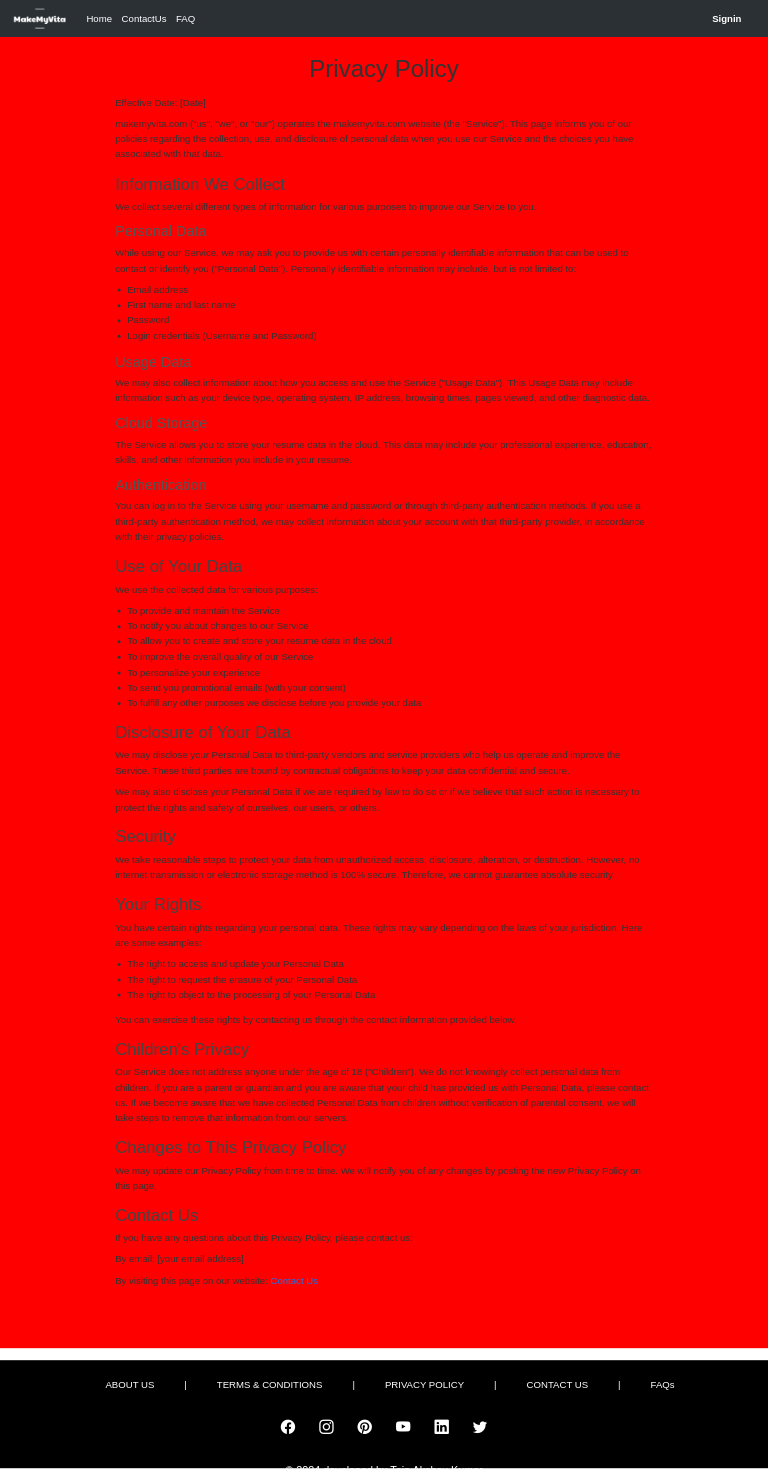
Repository: Tejaakshaykumar/MakeMyVita-Resume-Builder-Website
Page: /privacy (app in frontend/)
The author's editor kept a copy of each file at every save. The page is drawn from the files as they stood at one save, then again after a run of saves.
The browser window is 1280 px wide. The pictures show the whole page, at 60% of full size.
Some web libraries are served in a nearby version. The project was rebuilt for these pictures with package versions that can differ from the ones it lists, and the page was loaded fresh each time. Also part of the build but not shown: frontend/src/App.css, frontend/src/containers/About.js, frontend/src/containers/Buildresume.js, frontend/src/containers/Images.js, frontend/src/containers/Features.js, frontend/src/containers/Review.js, frontend/src/containers/Trybox.js, frontend/src/containers/Motionbox.js and 5 more.

Above is the page before, as saved 2024-06-10 11:57:01.

After the next 2 saves:
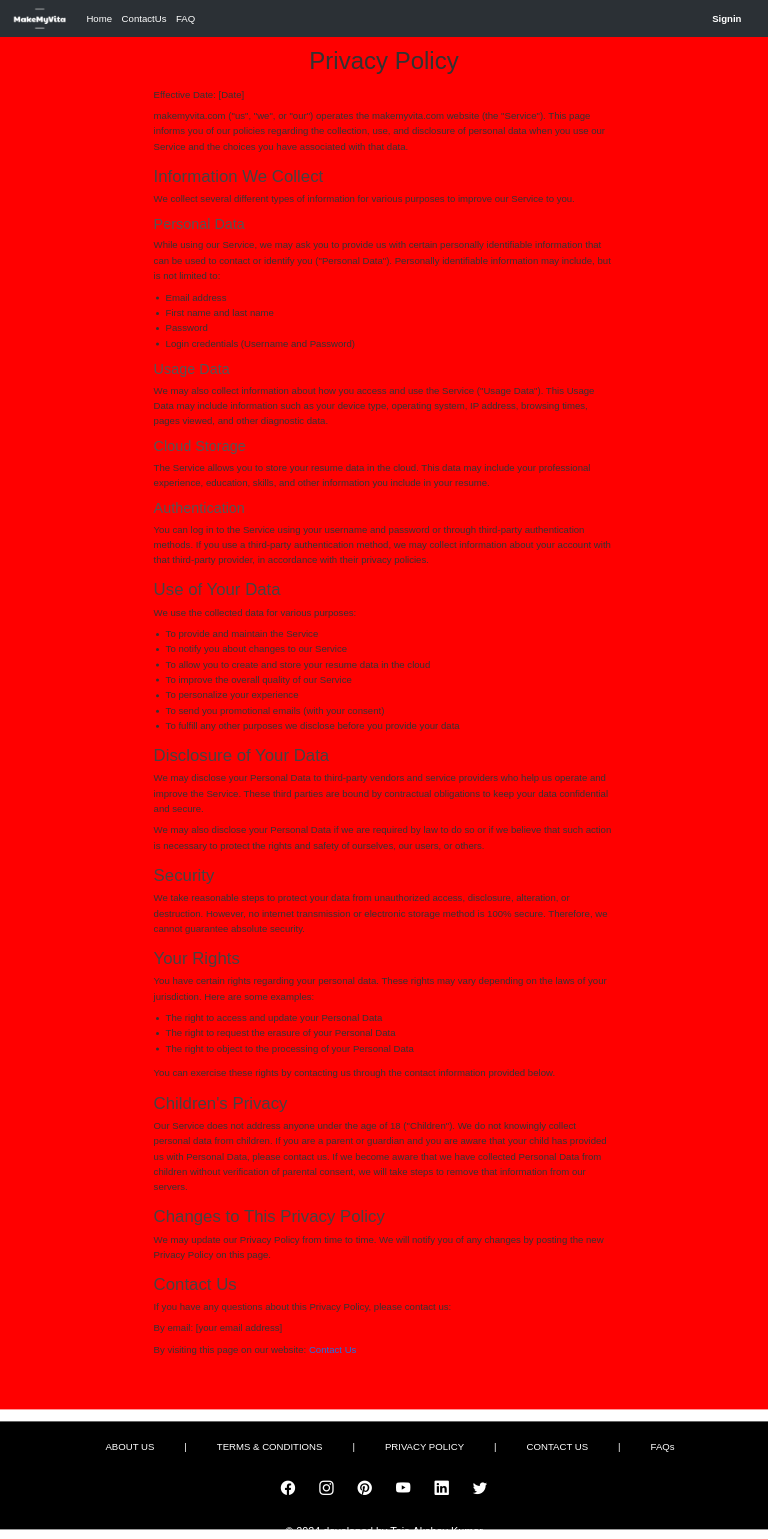
The 2 saves are shown as one change because they came seconds apart.
The last was saved 12 s later.
--- a/frontend/src/pages/pagestyles.css
+++ b/frontend/src/pages/pagestyles.css
@@ -53,7 +53,7 @@
   /* Privacy */
   .privacy-container {
     max-width: 100%;
-    padding: 7% 15%;
+    padding: 6% 20%;
     font-family: 'Arial', sans-serif;
     color: #333;
     line-height: 1.6;
